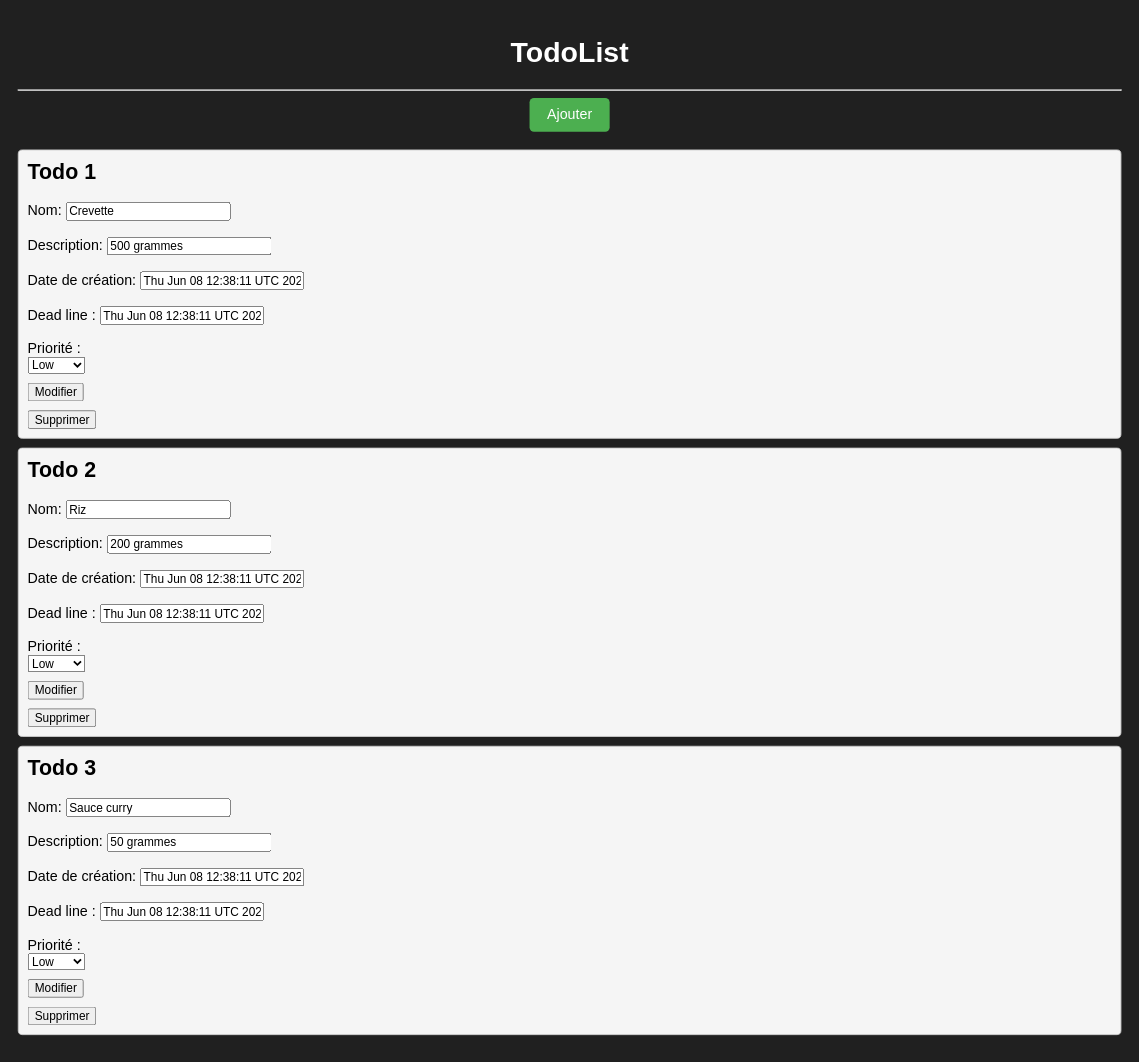
Repository: HugoGit-Hub/TodoList
Page: http://localhost/todo-list/TodoList
These files come from the project's save history. The page is drawn as it stood at one moment and after the next save; the edit follows.
The browser window is 1280 px wide. The pictures show the whole page, at 89% of full size.
The page is served by Tomcat 9. Other server files are loaded and not shown.

Above is the page before, as saved 2023-06-08 17:23:31.

### todo-list/src/main/webapp/jsp/todoList.jsp
<%@page import="java.util.ArrayList"%>
<%@page import="java.util.List"%>
<%@page import="fr.keyce.todo_list.model.Todo"%>
<%@page import="java.util.Map"%>
<%@taglib prefix="c" uri="http://java.sun.com/jsp/jstl/core"%>
<%@ page language="java" contentType="text/html; charset=UTF-8"
    pageEncoding="UTF-8"%>
<!DOCTYPE html>
<html>
	<head>
		<meta charset="UTF-8">
		<title>TodoList</title>
		<link href="../css/style.css" rel="stylesheet" type="text/css">
	</head>
	<body>
		<div>
			<h1>TodoList</h1><hr/>

			<div class="add-button">
				<c:url var="todoCreateUrl" value="/TodoCreate"/>
				<a href="${todoCreateUrl}">Ajouter</a>
			</div>

			<c:forEach items="${getAllTodo}" var="todo">
				<div class="todo-list">
    				<div class="todo-item">
						<form method="post" action="http://localhost:8080/todo-list/TodoList">
							<h2>Todo ${todo.getId()}</h2>
							<input type="text" id="id" name="id" value="${todo.getId()}" hidden="true">

							<label for="name">Nom:</label>
							<input type="text" id="name" name="name" value="${todo.getName()}"><br/><br/>

					 		<label for="description">Description:</label>
							<input type="text" id="description" name="description" value="${todo.getDescription()}"><br/><br/>

							<label for="creationDate">Date de création:</label>
							<input type="text" id="creationDate" name="creationDate" value="${todo.getCreationDate()}"><br/><br/>

							<label for="deadLine">Dead line :</label>
							<input type="text" id="deadLine" name="deadLine" value="${todo.getDeadLine()}"><br/><br/>

							<label for="priority">Priorité :</label>
							<p value="${todo.getPriority()}">
							<select id="priority" name="priority" value="${todo.getPriority()}">
								<option value="LOW">Low</option>
								<option value="NORMAL">Normal</option>
								<option value="HIGH">High</option>
							</select>
					 		<div class="buttons">
								<input type="submit" name="action" value="Modifier">
							</div>
						</form>

					 	<form method="post" action="http://localhost:8080/todo-list/TodoList">
							<input type="hidden" name="id" value="${todo.getId()}">
							<div class="buttons">
								<input type="submit" name="action" value="Supprimer">
							</div>
						</form>
					</div>
				</div>
			</c:forEach>
		</div>
	</body>
	<style>
    body {
      font-family: Arial, sans-serif;
      margin: 0;
      padding: 20px;
      background-color: #202020;
    }

    h1 {
      text-align: center;
      color: white;
    }

    .todo-item {
      margin-bottom: 10px;
      padding: 10px;
      border: 1px solid #ccc;
      border-radius: 5px;
      background-color: #f5f5f5;
    }

    .todo-item h2 {
      margin-top: 0;
    }

    .todo-item p {
      margin: 0;
    }

    .todo-item .buttons {
      margin-top: 10px;
    }

    .todo-item .buttons button {
      margin-right: 5px;
    }

    .add-button {
      text-align: center;
      margin-bottom: 20px;
    }

    .add-button a {
      display: inline-block;
      padding: 10px 20px;
      background-color: #4CAF50;
      color: #fff;
      text-decoration: none;
      border-radius: 5px;
    }
  </style>
</html>

### todo-list/src/main/java/fr/keyce/todo_list/controllers/TodoListServlet.java
package fr.keyce.todo_list.controllers;

import java.io.IOException;
import java.text.ParseException;
import java.text.SimpleDateFormat;
import java.util.Date;
import java.util.List;

import javax.servlet.RequestDispatcher;
import javax.servlet.ServletException;
import javax.servlet.annotation.WebServlet;
import javax.servlet.http.HttpServlet;
import javax.servlet.http.HttpServletRequest;
import javax.servlet.http.HttpServletResponse;

import fr.keyce.todo_list.model.Priority;
import fr.keyce.todo_list.model.Todo;
import fr.keyce.todo_list.services.TodoService;
import fr.keyce.todo_list.services.Impl.TodoServiceImpl;

@WebServlet(name = "TodoListServlet", urlPatterns = "/TodoList")
public class TodoListServlet extends HttpServlet {
	private static final long serialVersionUID = 1L;

	private TodoService todoService = TodoServiceImpl.getInstance();

	protected void doGet(HttpServletRequest request, HttpServletResponse response) throws ServletException, IOException {
		System.out.println(request.getRequestURI() + " > forward vers /jsp/todoList.jsp");
		List<Todo> todos = this.todoService.findAll();
		RequestDispatcher requestDispatcher = request.getRequestDispatcher("/jsp/todoList.jsp");
		request.setAttribute("getAllTodo", todos);

		requestDispatcher.forward(request, response);
	}

	protected void doPost(HttpServletRequest request, HttpServletResponse response) throws ServletException, IOException {
		String id = request.getParameter("id");
		String action = request.getParameter("action");

		switch (action) {
			case "Supprimer": {
				todoService.delete(Integer.parseInt(id));
				response.sendRedirect("http://localhost:8080/todo-list/TodoList");
				break;
			}
			case "Modifier":{
				Todo update = new Todo();

				String idTodo = request.getParameter("id");
				update.setId(Integer.parseInt(idTodo));

				String name = request.getParameter("name");
				update.setName(name);

				String description = request.getParameter("description");
				update.setDescription(description);

				String creationDate = request.getParameter("creationDate");
				try {
					Date convertDate = new SimpleDateFormat("dd/MM/yyyy").parse(creationDate);
					update.setCreationDate(convertDate);
				} catch (ParseException e) {
					e.printStackTrace();
				}

				String deadLine = request.getParameter("deadLine");
				try {
					Date convertDate = new SimpleDateFormat("dd/MM/yyyy").parse(deadLine);
					update.setDeadLine(convertDate);
				} catch (ParseException e) {
					e.printStackTrace();
				}

				String priority = request.getParameter("priority");
				switch (priority) {
					case "LOW": {
						update.setPriority(Priority.LOW);
					}
					case "NORMAL": {
						update.setPriority(Priority.NORMAL);
					}
					case "HIGH": {
						update.setPriority(Priority.HIGH);
					}
				}
				todoService.update(update);
				response.sendRedirect("http://localhost:8080/todo-list/TodoList");
				break;
			}
			default:
				throw new IllegalArgumentException("Unexpected value: ");
		}
	}
}

### todo-list/src/main/java/fr/keyce/todo_list/services/Impl/TodoServiceImpl.java
package fr.keyce.todo_list.services.Impl;

import java.util.List;

import fr.keyce.todo_list.dao.TodoDao;
import fr.keyce.todo_list.dao.db.TodoDaoDb;
import fr.keyce.todo_list.model.Todo;
import fr.keyce.todo_list.services.TodoService;

public class TodoServiceImpl implements TodoService {

	private final static TodoServiceImpl INSTANCE = new TodoServiceImpl();

	private TodoServiceImpl() {};

	public static TodoServiceImpl getInstance() {
		return INSTANCE;
	}

	private TodoDao todoDao = TodoDaoDb.getInstance();

	@Override
	public List<Todo> findAll() {
		return this.todoDao.findAll();
	}

	@Override
	public void delete(Integer id) {
		this.todoDao.delete(id);
	}

	@Override
	public Todo update(Todo todo) {
		return this.todoDao.update(todo);
	}

	@Override
	public Todo create(Todo todo) {
		return this.todoDao.create(todo);
	}

}

### todo-list/src/main/java/fr/keyce/todo_list/dao/TodoDao.java
package fr.keyce.todo_list.dao;

import java.util.List;

import fr.keyce.todo_list.model.Todo;

public interface TodoDao {
	public List<Todo> findAll();
	public void delete(Integer id);
	public Todo update(Todo todo);
	public Todo create(Todo todo);
}

### todo-list/src/main/java/fr/keyce/todo_list/dao/db/TodoDaoDb.java
package fr.keyce.todo_list.dao.db;

import java.util.List;

import fr.keyce.todo_list.dao.TodoDao;
import fr.keyce.todo_list.db.Database;
import fr.keyce.todo_list.model.Todo;

public class TodoDaoDb implements TodoDao {

	private final static TodoDaoDb INSTANCE = new TodoDaoDb();

	private TodoDaoDb() {};

	public static TodoDaoDb getInstance() {
		return INSTANCE;
	}

	private Database database = Database.getInstance();

	@Override
	public List<Todo> findAll() {
		return this.database.selectAll();
	}

	@Override
	public void delete(Integer id) {
		this.database.delete(id);
	}

	@Override
	public Todo update(Todo todo) {
		return this.database.update(todo);
	}

	@Override
	public Todo create(Todo todo) {
		return this.database.create(todo);
	}
}

### todo-list/src/main/java/fr/keyce/todo_list/db/Database.java
package fr.keyce.todo_list.db;

import java.util.ArrayList;
import java.util.Date;
import java.util.List;
import java.util.Map;
import java.util.TreeMap;

import fr.keyce.todo_list.model.Priority;
import fr.keyce.todo_list.model.Todo;

public class Database {

	private final static Database INSTANCE = new Database();

	private Map<Integer, Todo> map;

	private Database() {
		this.map = new TreeMap<Integer, Todo>();
		Todo todoCrevette = Todo.create(1, "Crevette", "500 grammes", new Date(), new Date(), Priority.NORMAL);
		this.map.put(todoCrevette.getId(), todoCrevette);
		Todo todoRiz = Todo.create(2, "Riz", "200 grammes", new Date(), new Date(), Priority.NORMAL);
		this.map.put(todoRiz.getId(), todoRiz);
		Todo todoSauceCurry = Todo.create(3, "Sauce curry", "50 grammes", new Date(), new Date(), Priority.NORMAL);
		this.map.put(todoSauceCurry.getId(), todoSauceCurry);
	}

	public static Database getInstance() {
		return INSTANCE;
	}

	public List<Todo> selectAll(){
		var value = this.map.values();
		return new ArrayList<>(value);
	}

	public void delete(Integer id) {
		map.remove(id);
	}

	public Todo update(Todo todo) {
		return map.put(todo.getId(), todo);
	}

	public Todo create(Todo todo) {
		Integer id = map.size() + 1;
		return map.put(id, todo);
	}
}

### todo-list/src/main/java/fr/keyce/todo_list/model/Priority.java
package fr.keyce.todo_list.model;

public enum Priority {

	LOW, NORMAL, HIGH

}

### todo-list/src/main/java/fr/keyce/todo_list/model/Todo.java
package fr.keyce.todo_list.model;

import java.util.Date;

public class Todo {

	private Integer id;

	private String name;

	private String description;

	private Date creationDate;

	private Date deadLine;

	private Priority priority;

	public Todo() {}

	public Integer getId() {
		return id;
	}

	public void setId(Integer id) {
		this.id = id;
	}

	public String getName() {
		return name;
	}

	public void setName(String name) {
		this.name = name;
	}

	public String getDescription() {
		return description;
	}

	public void setDescription(String description) {
		this.description = description;
	}

	public Date getCreationDate() {
		return creationDate;
	}

	public void setCreationDate(Date creationDate) {
		this.creationDate = creationDate;
	}

	public Date getDeadLine() {
		return deadLine;
	}

	public void setDeadLine(Date deadLine) {
		this.deadLine = deadLine;
	}

	public Priority getPriority() {
		return priority;
	}

	public void setPriority(Priority priority) {
		this.priority = priority;
	}

	public final static Todo create(Integer id, String name, String description, Date creationDate, Date deadLine, Priority priority) {
		Todo todo = new Todo();
		todo.id = id;
		todo.name = name;
		todo.description = description;
		todo.creationDate = creationDate;
		todo.deadLine = deadLine;
		todo.priority = priority;
		return todo;
	}
}

### todo-list/src/main/webapp/css/style.css
@charset "UTF-8";

    body {
      font-family: Arial, sans-serif;
      margin: 0;
      padding: 20px;
      background-color: #202020;
    }

    h1 {
      text-align: center;
      color: white;
    }

    .todo-item {
      margin-bottom: 10px;
      padding: 10px;
      border: 1px solid #ccc;
      border-radius: 5px;
      background-color: #f5f5f5;
    }

    .todo-item h2 {
      margin-top: 0;
    }

    .todo-item p {
      margin: 0;
    }

    .todo-item .buttons {
      margin-top: 10px;
    }

    .todo-item .buttons button {
      margin-right: 5px;
    }

    .add-button {
      text-align: center;
      margin-bottom: 20px;
    }

    .add-button a {
      display: inline-block;
      padding: 10px 20px;
      background-color: #4CAF50;
      color: #fff;
      text-decoration: none;
      border-radius: 5px;
    }

After the next save:
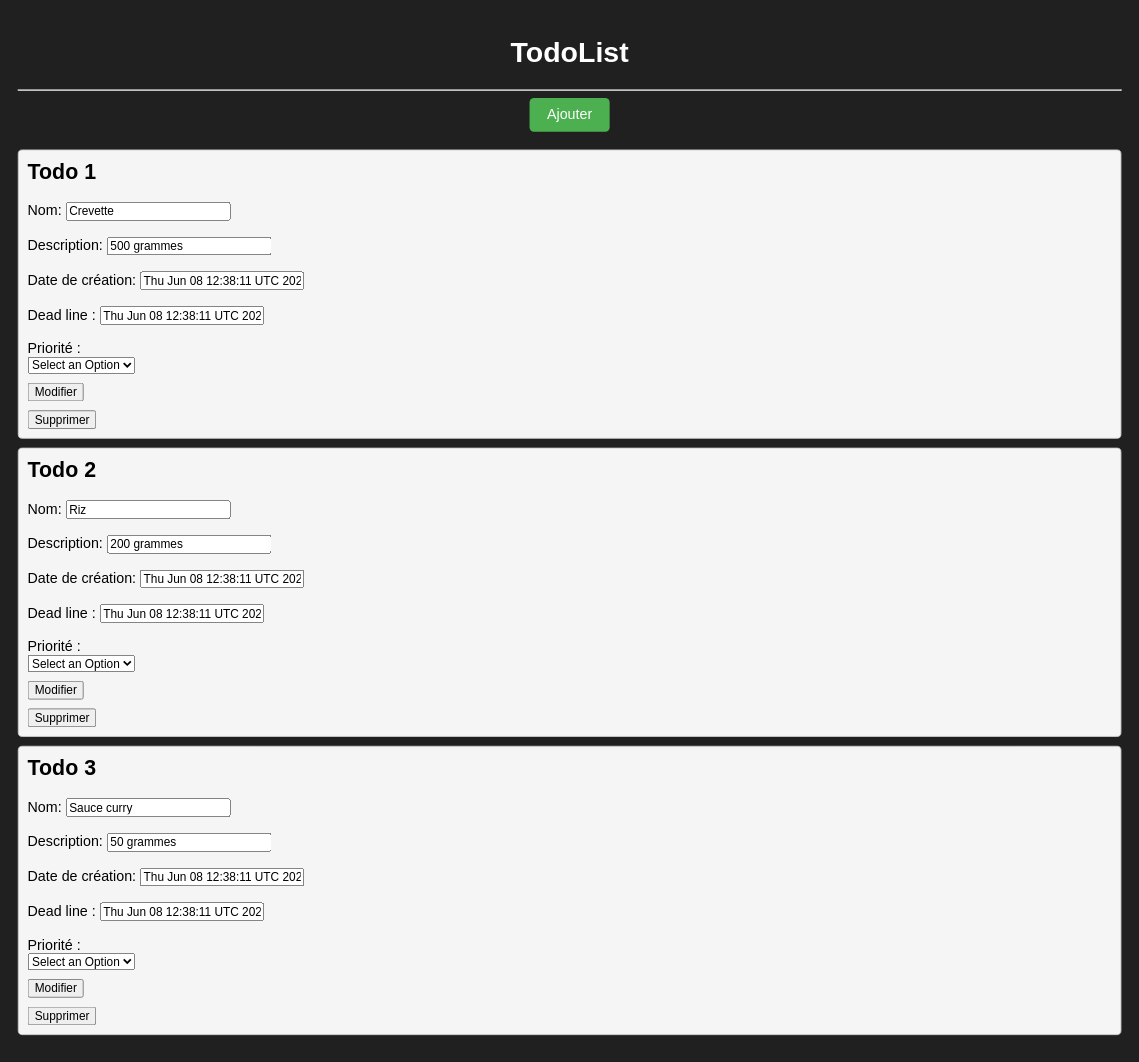
Saved 57 s later.
--- a/todo-list/src/main/webapp/jsp/todoList.jsp
+++ b/todo-list/src/main/webapp/jsp/todoList.jsp
@@ -42,7 +42,8 @@
 
 							<label for="priority">Priorité :</label>
 							<p value="${todo.getPriority()}">
-							<select id="priority" name="priority" value="${todo.getPriority()}">
+							<select id="priority" name="priority" value="${todo.getPriority()}" required="required">
+								<option value="none" selected disabled hidden>Select an Option</option>
 								<option value="LOW">Low</option>
 								<option value="NORMAL">Normal</option>
 								<option value="HIGH">High</option>
